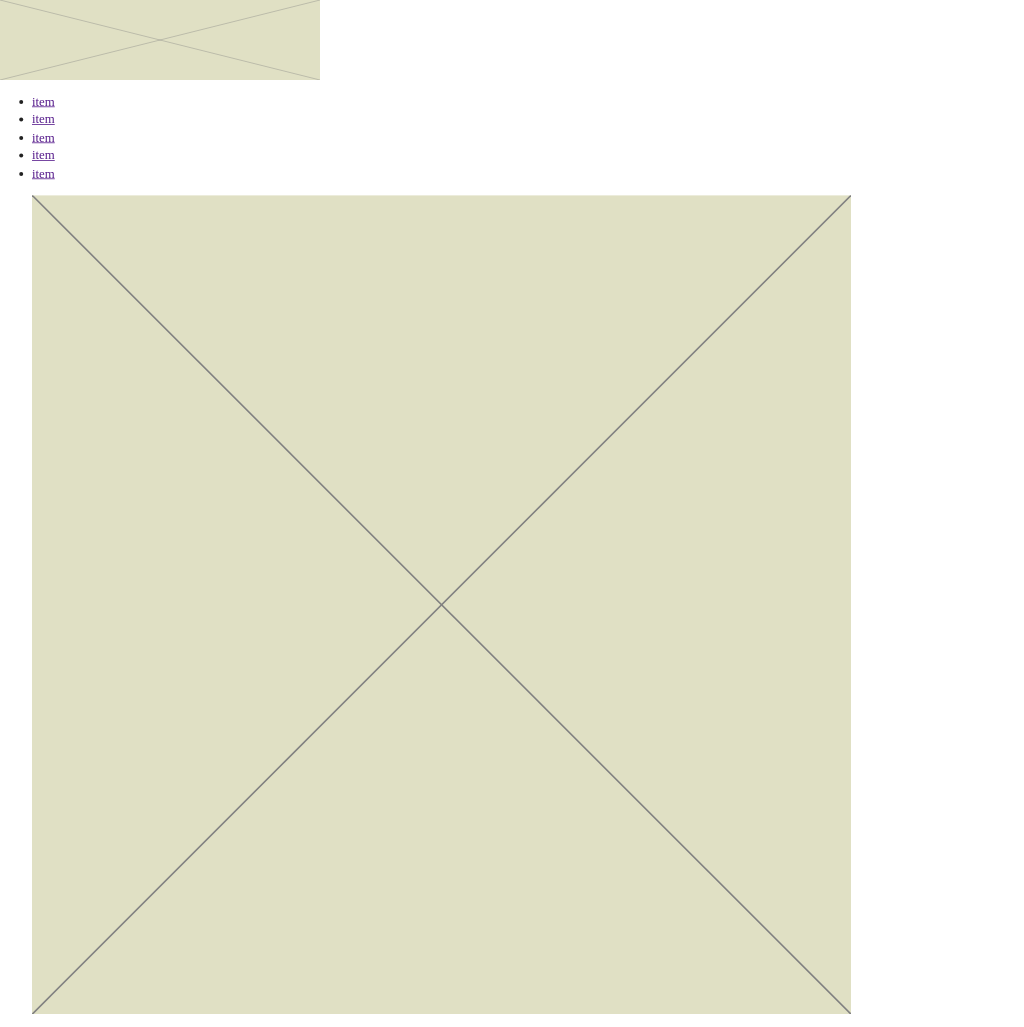
Repository: leahma1208/MDIA2003_Project1
Page: index.html
These files come from the project's save history. The page is drawn as it stood at one moment and after the next save; the edit follows.
The browser window is 1280 px wide. The pictures show the whole page, at 80% of full size.

Above is the page before, as saved 2021-01-22 19:45:29.

### index.html
<!doctype html>
<html class="no-js" lang="">

<head>
  <meta charset="utf-8">
  <title>Leah|Lab03</title>
  <meta name="viewport" content="width=device-width, initial-scale=1">


  <link rel="manifest" href="site.webmanifest">
  <link rel="apple-touch-icon" href="icon.png">
  <!-- Place favicon.ico in the root directory -->

  <link rel="stylesheet" href="css/normalize.css">
  <link rel="stylesheet" href="css/main.css">


</head>

<body>

  <!-- Add your site or application content here -->
  <header>
    <div class="logo">
      <img src="img/placeholder.svg" alt="logo" width="400px" height="100px">
    </div>

    <nav>
      <ul>
        <li class="nav_items"><a href="" class="">item</a></li>
        <li class="nav_items"><a href="" class="">item</a></li>
        <li class="nav_items"><a href="" class="">item</a></li>
        <li class="nav_items"><a href="" class="">item</a></li>
        <li class="nav_items"><a href="" class="">item</a></li>
      </ul>
    </nav>

  </header>

  <figure>
    <div class="hero_image">
      <img src="img/placeholder.svg" alt="">
    </div>
  </figure>









  <script src="js/vendor/modernizr-3.11.2.min.js"></script>
  <script src="js/plugins.js"></script>
  <script src="js/main.js"></script>

  <!-- Google Analytics: change UA-XXXXX-Y to be your site's ID. -->
  <script>
    window.ga = function () { ga.q.push(arguments) }; ga.q = []; ga.l = +new Date;
    ga('create', 'UA-XXXXX-Y', 'auto'); ga('set', 'anonymizeIp', true); ga('set', 'transport', 'beacon'); ga('send', 'pageview')
  </script>
  <script src="https://www.google-analytics.com/analytics.js" async></script>
</body>

</html>

### css/main.css
/*! HTML5 Boilerplate v8.0.0 | MIT License | https://html5boilerplate.com/ */

/* main.css 2.1.0 | MIT License | https://github.com/h5bp/main.css#readme */
/*
 * What follows is the result of much research on cross-browser styling.
 * Credit left inline and big thanks to Nicolas Gallagher, Jonathan Neal,
 * Kroc Camen, and the H5BP dev community and team.
 */

/* ==========================================================================
   Base styles: opinionated defaults
   ========================================================================== */

html {
  color: #222;
  font-size: 1em;
  line-height: 1.4;
}

/*
 * Remove text-shadow in selection highlight:
 * https://twitter.com/miketaylr/status/12228805301
 *
 * Vendor-prefixed and regular ::selection selectors cannot be combined:
 * https://stackoverflow.com/a/16982510/7133471
 *
 * Customize the background color to match your design.
 */

::-moz-selection {
  background: #b3d4fc;
  text-shadow: none;
}

::selection {
  background: #b3d4fc;
  text-shadow: none;
}

/*
 * A better looking default horizontal rule
 */

hr {
  display: block;
  height: 1px;
  border: 0;
  border-top: 1px solid #ccc;
  margin: 1em 0;
  padding: 0;
}

/*
 * Remove the gap between audio, canvas, iframes,
 * images, videos and the bottom of their containers:
 * https://github.com/h5bp/html5-boilerplate/issues/440
 */

audio,
canvas,
iframe,
img,
svg,
video {
  vertical-align: middle;
}

/*
 * Remove default fieldset styles.
 */

fieldset {
  border: 0;
  margin: 0;
  padding: 0;
}

/*
 * Allow only vertical resizing of textareas.
 */

textarea {
  resize: vertical;
}

/* ==========================================================================
   Author's custom styles
   ========================================================================== */

/* ==========================================================================
   Helper classes
   ========================================================================== */

/*
 * Hide visually and from screen readers
 */

.hidden,
[hidden] {
  display: none !important;
}

/*
 * Hide only visually, but have it available for screen readers:
 * https://snook.ca/archives/html_and_css/hiding-content-for-accessibility
 *
 * 1. For long content, line feeds are not interpreted as spaces and small width
 *    causes content to wrap 1 word per line:
 *    https://medium.com/@jessebeach/beware-smushed-off-screen-accessible-text-5952a4c2cbfe
 */

.sr-only {
  border: 0;
  clip: rect(0, 0, 0, 0);
  height: 1px;
  margin: -1px;
  overflow: hidden;
  padding: 0;
  position: absolute;
  white-space: nowrap;
  width: 1px;
  /* 1 */
}

/*
 * Extends the .sr-only class to allow the element
 * to be focusable when navigated to via the keyboard:
 * https://www.drupal.org/node/897638
 */

.sr-only.focusable:active,
.sr-only.focusable:focus {
  clip: auto;
  height: auto;
  margin: 0;
  overflow: visible;
  position: static;
  white-space: inherit;
  width: auto;
}

/*
 * Hide visually and from screen readers, but maintain layout
 */

.invisible {
  visibility: hidden;
}

/*
 * Clearfix: contain floats
 *
 * For modern browsers
 * 1. The space content is one way to avoid an Opera bug when the
 *    `contenteditable` attribute is included anywhere else in the document.
 *    Otherwise it causes space to appear at the top and bottom of elements
 *    that receive the `clearfix` class.
 * 2. The use of `table` rather than `block` is only necessary if using
 *    `:before` to contain the top-margins of child elements.
 */

.clearfix::before,
.clearfix::after {
  content: " ";
  display: table;
}

.clearfix::after {
  clear: both;
}

/* ==========================================================================
   EXAMPLE Media Queries for Responsive Design.
   These examples override the primary ('mobile first') styles.
   Modify as content requires.
   ========================================================================== */

@media only screen and (min-width: 35em) {
  /* Style adjustments for viewports that meet the condition */
}

@media print,
  (-webkit-min-device-pixel-ratio: 1.25),
  (min-resolution: 1.25dppx),
  (min-resolution: 120dpi) {
  /* Style adjustments for high resolution devices */
}

/* ==========================================================================
   Print styles.
   Inlined to avoid the additional HTTP request:
   https://www.phpied.com/delay-loading-your-print-css/
   ========================================================================== */

@media print {
  *,
  *::before,
  *::after {
    background: #fff !important;
    color: #000 !important;
    /* Black prints faster */
    box-shadow: none !important;
    text-shadow: none !important;
  }

  a,
  a:visited {
    text-decoration: underline;
  }

  a[href]::after {
    content: " (" attr(href) ")";
  }

  abbr[title]::after {
    content: " (" attr(title) ")";
  }

  /*
   * Don't show links that are fragment identifiers,
   * or use the `javascript:` pseudo protocol
   */
  a[href^="#"]::after,
  a[href^="javascript:"]::after {
    content: "";
  }

  pre {
    white-space: pre-wrap !important;
  }

  pre,
  blockquote {
    border: 1px solid #999;
    page-break-inside: avoid;
  }

  /*
   * Printing Tables:
   * https://web.archive.org/web/20180815150934/http://css-discuss.incutio.com/wiki/Printing_Tables
   */
  thead {
    display: table-header-group;
  }

  tr,
  img {
    page-break-inside: avoid;
  }

  p,
  h2,
  h3 {
    orphans: 3;
    widows: 3;
  }

  h2,
  h3 {
    page-break-after: avoid;
  }
}

### js/plugins.js
// Avoid `console` errors in browsers that lack a console.
(function() {
  var method;
  var noop = function () {};
  var methods = [
    'assert', 'clear', 'count', 'debug', 'dir', 'dirxml', 'error',
    'exception', 'group', 'groupCollapsed', 'groupEnd', 'info', 'log',
    'markTimeline', 'profile', 'profileEnd', 'table', 'time', 'timeEnd',
    'timeline', 'timelineEnd', 'timeStamp', 'trace', 'warn'
  ];
  var length = methods.length;
  var console = (window.console = window.console || {});

  while (length--) {
    method = methods[length];

    // Only stub undefined methods.
    if (!console[method]) {
      console[method] = noop;
    }
  }
}());

// Place any jQuery/helper plugins in here.

Loaded but not shown: css/normalize.css (library); js/vendor/modernizr-3.11.2.min.js (library); js/main.js (no stored copy; drawn as an empty file)

After the next save:
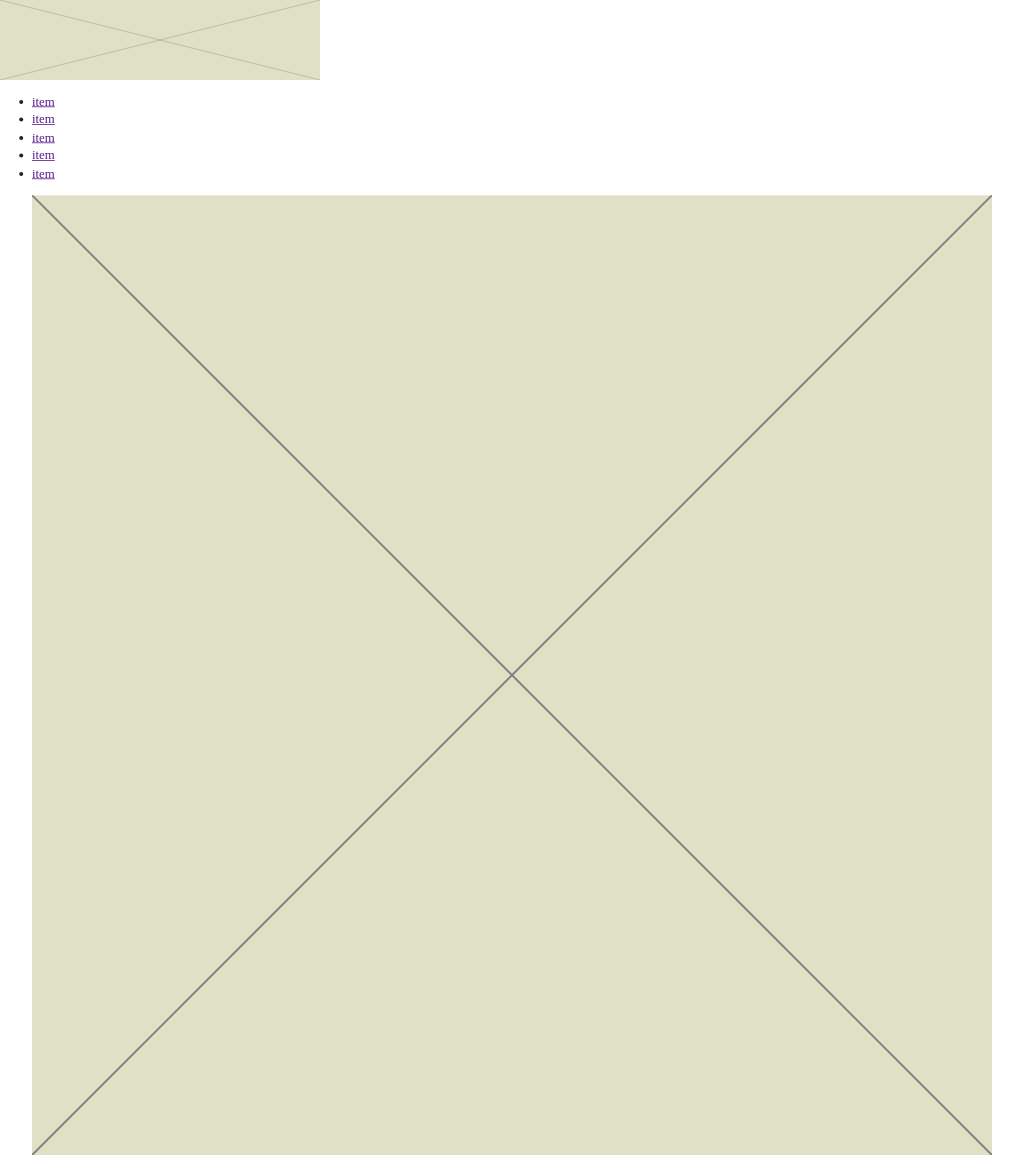
Saved 47 s later.
--- a/index.html
+++ b/index.html
@@ -39,7 +39,7 @@
 
   <figure>
     <div class="hero_image">
-      <img src="img/placeholder.svg" alt="">
+      <img src="img/placeholder.svg" alt="heroimage" width="100%">
     </div>
   </figure>
 
